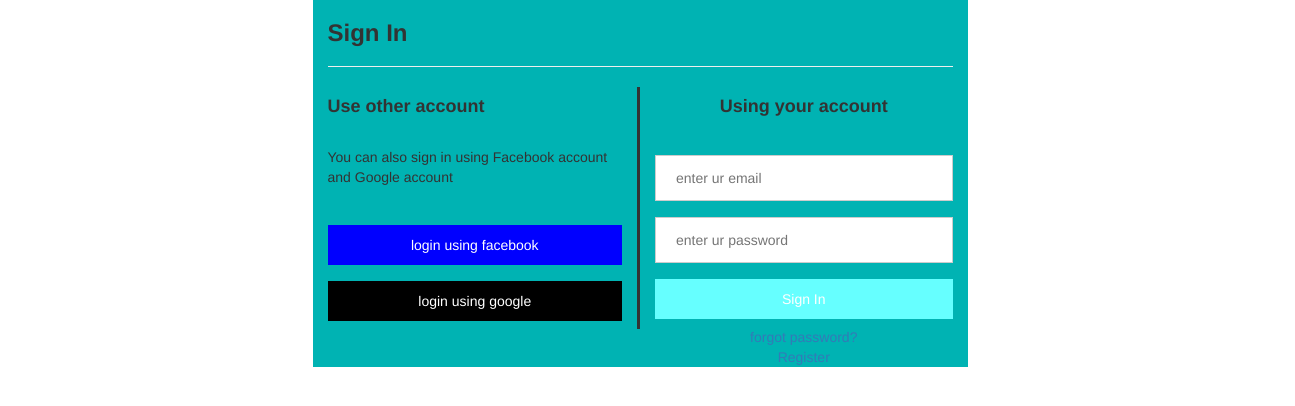
Repository: sujay-a-v/FunctionalPrograms
Page: http://localhost/CollegeApp/Signin.jsp
The author's editor kept a copy of each file at every save. The page is drawn from the files as they stood at one save, then again after the next save.
The browser window is 1280 px wide. The page is 1295 px wide, so the pictures cover 1295 px, including what lies to the right of the window. The pictures show the whole page.
Some web libraries are served in a nearby version. The page is served by Tomcat 9.

Above is the page before, as saved 2017-10-29 05:42:43.
Console error: ReferenceError: $ is not defined

After the next save:
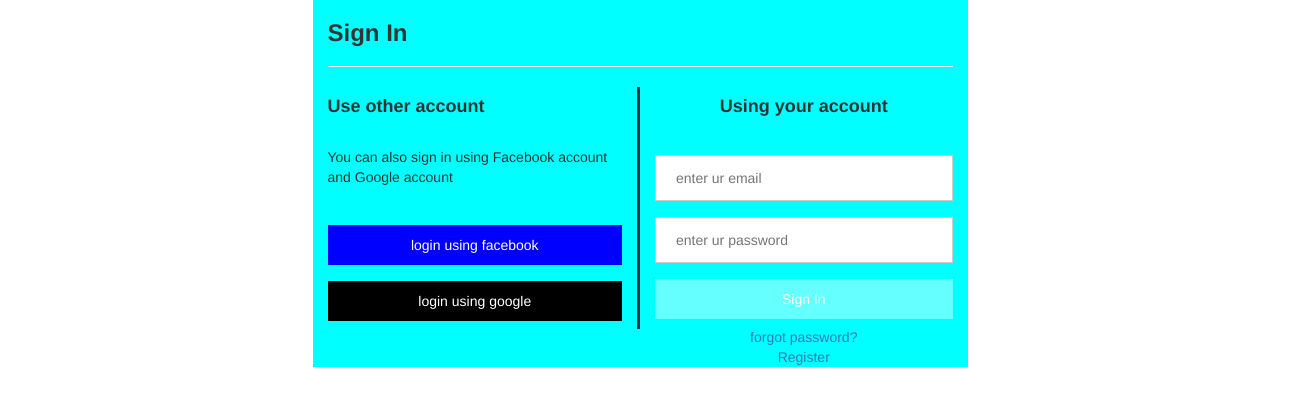
Saved 54 s later.
--- a/Sujay/Servlet/CollegeApp/WebContent/Signin.jsp
+++ b/Sujay/Servlet/CollegeApp/WebContent/Signin.jsp
@@ -45,7 +45,7 @@ if(error!=null || error!="")
 
 				<div class="row" >
 					<div class="col-sm-3"></div>
-					<div class="col-sm-6" style="background-color:  #00b3b3">
+					<div class="col-sm-6" style="background-color:  #00ffff">
 						<h3 align="left"><b>Sign In</b></h3>
 						<hr >
 
